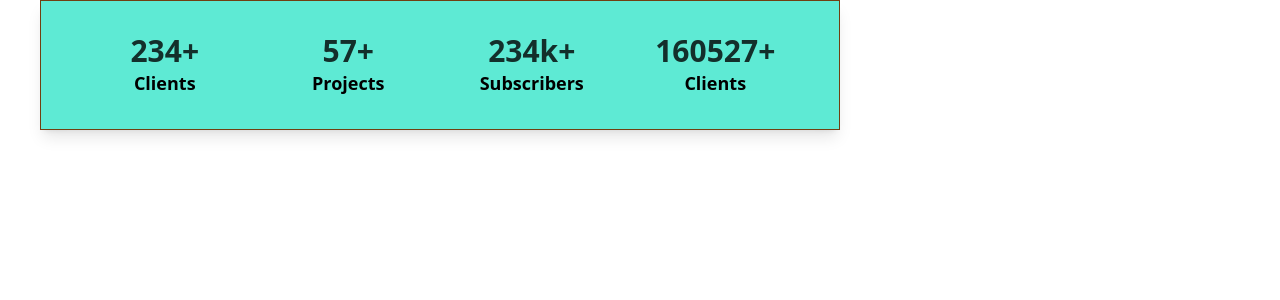
Repository: Kish202/Coz-Marketing-Site
Page: / (app in frontend/)
An editor plug-in stored every save of this project. The page is shown before and after a run of saves, followed by the edit.
The browser window is 1280 px wide. The pictures show the whole page.
The project was rebuilt for these pictures with package versions that can differ from the ones it lists, and the page was loaded fresh each time. Also part of the build but not shown: frontend/vite.config.js.

Above is the page before, as saved 2025-03-09 12:22:36.

### frontend/src/App.jsx
import { useState } from 'react'
import reactLogo from './assets/react.svg'
import viteLogo from '/vite.svg'
import './App.css'
import Service from './components/Service/Service'

function App() {
  const [count, setCount] = useState(0)

  return (


   <Service/>
  )
}

export default App

### frontend/src/components/Service/Service.jsx
import React from 'react'
import CountUp from "react-countup"

const Service =() =>{
  return (
    <section className="container h-12 md:h-32 bo">
     <div className="grid grid-cols-4 w-full place-items-center  border border-yellow-900 bg-teal-300 p-2 shadow-lg dark:bg-violet-800 dark:text-white/70 md:max-w-[800px]  md:p-8">
    <div className="flex flex-col items-center justify-center " >



<h1 className="text-sm font-bold text-black/80 dark:text-white sm:text-lg md:text-3xl">
      <CountUp end={234} suffix="+" duration={2.75}/>

</h1>

<h1 className="sm:text-md text-xs font-bold md:text-lg">
Clients
</h1>




        </div>

        <div className="flex flex-col items-center justify-center">
  <h1 className="text-sm text-black/80 sm:text-lg md:text-3xl dark:text-white font-bold">
  <CountUp end={57} suffix="+" duratiion={2.75}/>  </h1>

    <h1 className="sm:text-md font-bold text-xs md:text-lg">
        Projects

        </h1>
            </div>

    <div className="flex flex-col items-center justify-center" >



        <h1 className="text-sm text-black/80 dark:text-white  sm:text-lg md:text-3xl font-bold">
<CountUp end={234}  suffix="k+" / >
        </h1>
<h1 className="font-bold  sm:text-md text-xs md:text-lg" >
Subscribers
</h1>


            </div>


<div className="flex flex-col items-center justify-center">
<h1 className="text-sm font-bold text-black/80 dark:text-white sm:text-lg md:text-3xl">
<CountUp start={-875.020}
end={160527.012} duration={2.75} separator="" suffix="+" />
</h1>


<h1 className="text-xs sm:text-md  font-bold md:text-lg ">
Clients
</h1>
</div>
</div>
    </section>
  )
}

export default Service

### frontend/tailwind.config.js
/** @type {import('tailwindcss').Config} */
export default {
  content: ["./index.html", "./src/**/*.{js,ts,jsx,tsx}"],
  darkMode: "class",
  theme: {
    extend: {
      screens: {
        xs: "480px",
      },
      colors: {
        primary: "#0070f3",
      },
    },

    container: {
      center: true,
      padding: {
        DEFAULT: "20px",
        md: "40px",
      },
    },
  },
  plugins: [],
};

Loaded but not shown: frontend/index.html (common file); frontend/src/main.jsx (common file); frontend/src/index.css (common file); frontend/src/App.css (common file)

After the next 3 saves:
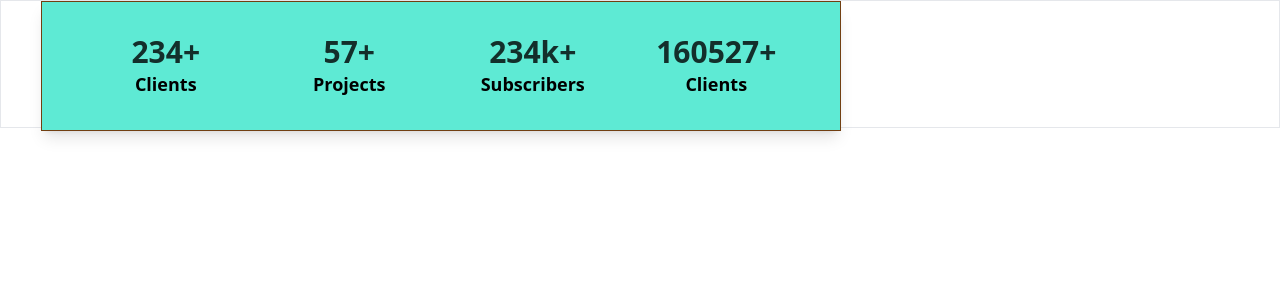
The 3 saves are shown as one change because they came seconds apart.
The last was saved 9 s later.
--- a/frontend/src/components/Service/Service.jsx
+++ b/frontend/src/components/Service/Service.jsx
@@ -3,7 +3,7 @@ import CountUp from "react-countup"
 
 const Service =() =>{
   return (
-    <section className="container h-12 md:h-32 bo">
+    <section className="container h-12 md:h-32 border border-lime">
      <div className="grid grid-cols-4 w-full place-items-center  border border-yellow-900 bg-teal-300 p-2 shadow-lg dark:bg-violet-800 dark:text-white/70 md:max-w-[800px]  md:p-8">
     <div className="flex flex-col items-center justify-center " >
 
